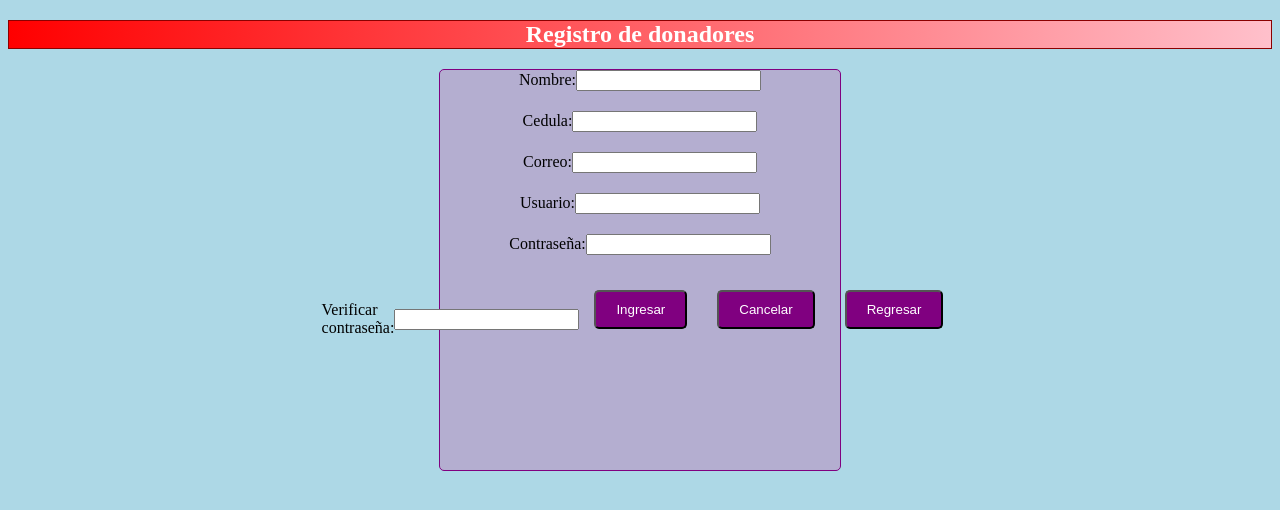
Repository: sonicspeed1/examen1_codigo_bryansantillan
Page: http://localhost/examen_1_bryan_santillan/registro_donadores.jsp
An editor plug-in stored every save of this project. The page is shown before and after the next save, followed by the edit.
The browser window is 1280 px wide. The pictures show the whole page.
The page is served by Tomcat 9. Other server files are loaded and not shown.

Above is the page before, as saved 2024-05-25 17:43:20.

### examen_1_bryan_santillan/src/main/webapp/registro_donadores.jsp
<%@ page language="java" contentType="text/html; charset=UTF-8"
    pageEncoding="UTF-8"%>
<!DOCTYPE html>
<html>
<head>
<meta charset="UTF-8">
<title>Registro donadores</title>
<link href="estilo.css" rel="stylesheet"/>
</head>
<body class="cuerpo">
<h2 class="cuadro3">Registro de donadores</h2>
<div class="container">
    <div class="cuadro2">
<label class="item_login">Nombre: <input type="text" name="nombre"></label>
<label class="item_login">Cedula: <input type="text" name="ci"></label>
<label class="item_login">Correo: <input type="text" name="correo"></label>
<label class="item_login">Usuario: <input type="text" name="us"></label>
<label class="item_login">Contraseña: <input type="password" name="cont1"></label>
<labe class="item_login"l>Verificar contraseña: <input type="password" name="cont2"></label>
 <div class="item_login">
  <input value="Ingresar" name="ingresar" type="submit" class="button">
 <input value="Cancelar" name="cancelar" type="reset" class="button">
 <input value="Regresar" name="regresar" type="submit" class="button">
 </div>
</div>
</div>
</body>
</html>

### examen_1_bryan_santillan/src/main/webapp/estilo.css
@charset "UTF-8";
.cuerpo{
	background-color: lightblue;
}
.cuadro{
	background-color:lightgreen;
	border: 1px solid green;
	display: block;

}
.cuadro2 {
    background-color: #b4aed0;
    border-radius: 5px;
    border: 1px solid purple;
    height: 400px;
    width: 400px;
}
.cuadro3{
	    background: linear-gradient(to right,red,pink);
	    text-align:center;
	    color: white;
	     border: 1px solid darkred;
}
.titulo{
	color: white;
	transition: color 0.3s, text-shadow 0.3s;
	font-family: 'Comic Sans MS', cursive, sans-serif;
	 text-align: center;
}

.titulo:hover {
    color: blue;
    text-shadow: 2px 2px 5px rgba(0, 0, 0, 0.5);
}
.menu{
	list-style-type: none;
    padding: 0;
    background-color: #80ff80;
    border: 1px solid green;
    margin: 0 auto;
    }
.item {
    display: inline-block;
    position: relative;
}
.container {
    display: flex;
    justify-content: center;
    align-items: center;
    margin-top: 20px;
}
.titulo2{
	color: white;
	transition: color 0.3s, text-shadow 0.3s;
	font-family: 'Comic Sans MS', cursive, sans-serif;
	 text-align: center;
}

.titulo2:hover {
    color: red;
    text-shadow: 2px 2px 5px rgba(0, 0, 0, 0.5);
}
.item_login{
	   display: flex;
    justify-content: center;
    align-items: center;
    margin-bottom: 20px;
}
.button{
	background-color: purple;
	border-radius: 5px;
	color: white;
	padding: 10px 20px;
	margin: 15px;
	font-family: 'Comic Sans MS', cursive, sans-serif;
}
.hiper{
	margin-right: 25px;
}

After the next save:
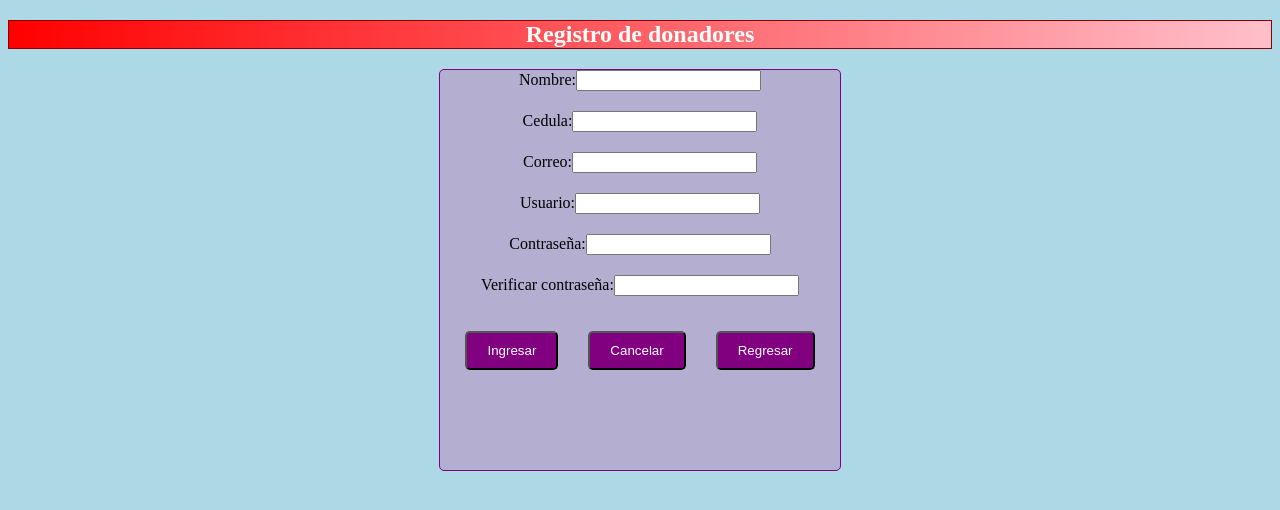
Saved 22 s later.
--- a/examen_1_bryan_santillan/src/main/webapp/registro_donadores.jsp
+++ b/examen_1_bryan_santillan/src/main/webapp/registro_donadores.jsp
@@ -16,7 +16,7 @@
 <label class="item_login">Correo: <input type="text" name="correo"></label>
 <label class="item_login">Usuario: <input type="text" name="us"></label>
 <label class="item_login">Contraseña: <input type="password" name="cont1"></label>
-<labe class="item_login"l>Verificar contraseña: <input type="password" name="cont2"></label>
+<label class="item_login">Verificar contraseña: <input type="password" name="cont2"></label>
  <div class="item_login">
   <input value="Ingresar" name="ingresar" type="submit" class="button">
  <input value="Cancelar" name="cancelar" type="reset" class="button">
